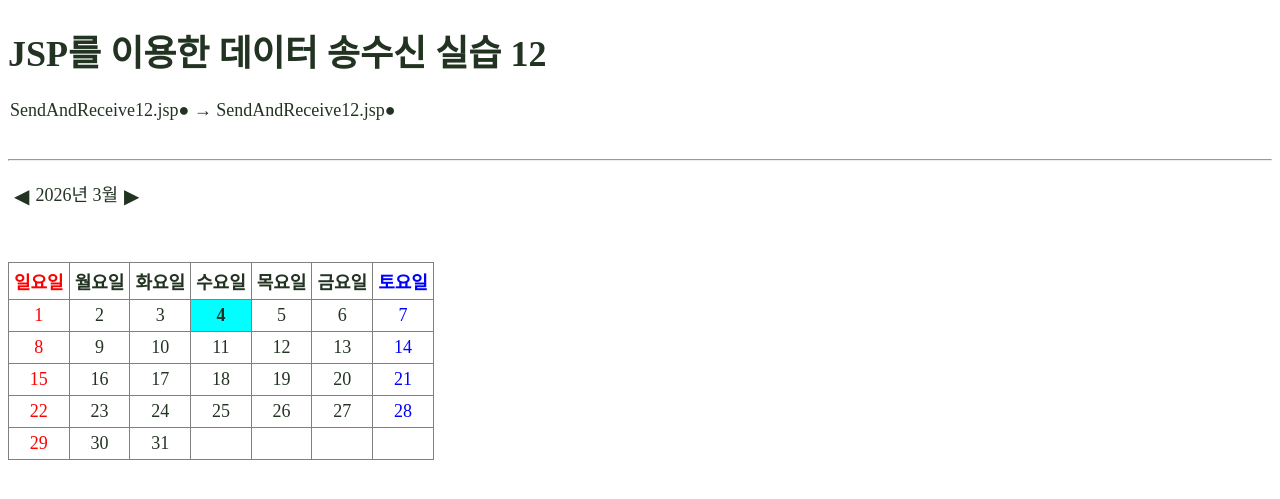
Repository: god5228god/Jsp
Page: http://localhost/WebApp06/SendAndReceive12.jsp
These files come from the project's save history. The page is drawn as it stood at one moment and after the next save; the edit follows.
The browser window is 1280 px wide. The pictures show the whole page.
The page is served by Tomcat 9.

Above is the page before, as saved 2026-03-04 07:34:34.

After the next save:
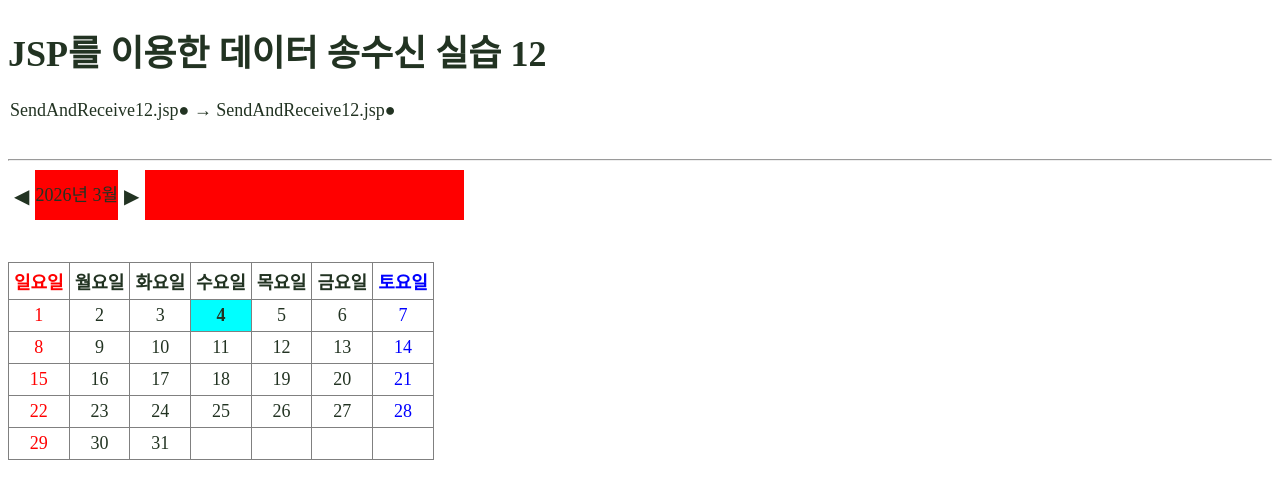
Saved 18 s later.
--- a/WebApp06/WebContent/SendAndReceive12.jsp
+++ b/WebApp06/WebContent/SendAndReceive12.jsp
@@ -88,6 +88,7 @@
 <title>SendAndReceive12.jsp</title>
 <link rel="stylesheet" type="text/css" href="css/main.css" />
 <style type="text/css">
+.wrap{width: 456px; background-color: red;}
 form{height: 50px;  width: 200px;}
 form>*{float: left; line-height: 50px;}
 p{background-color: #fff; display:inline-block; height: 50px; margin: 0 2px;}
